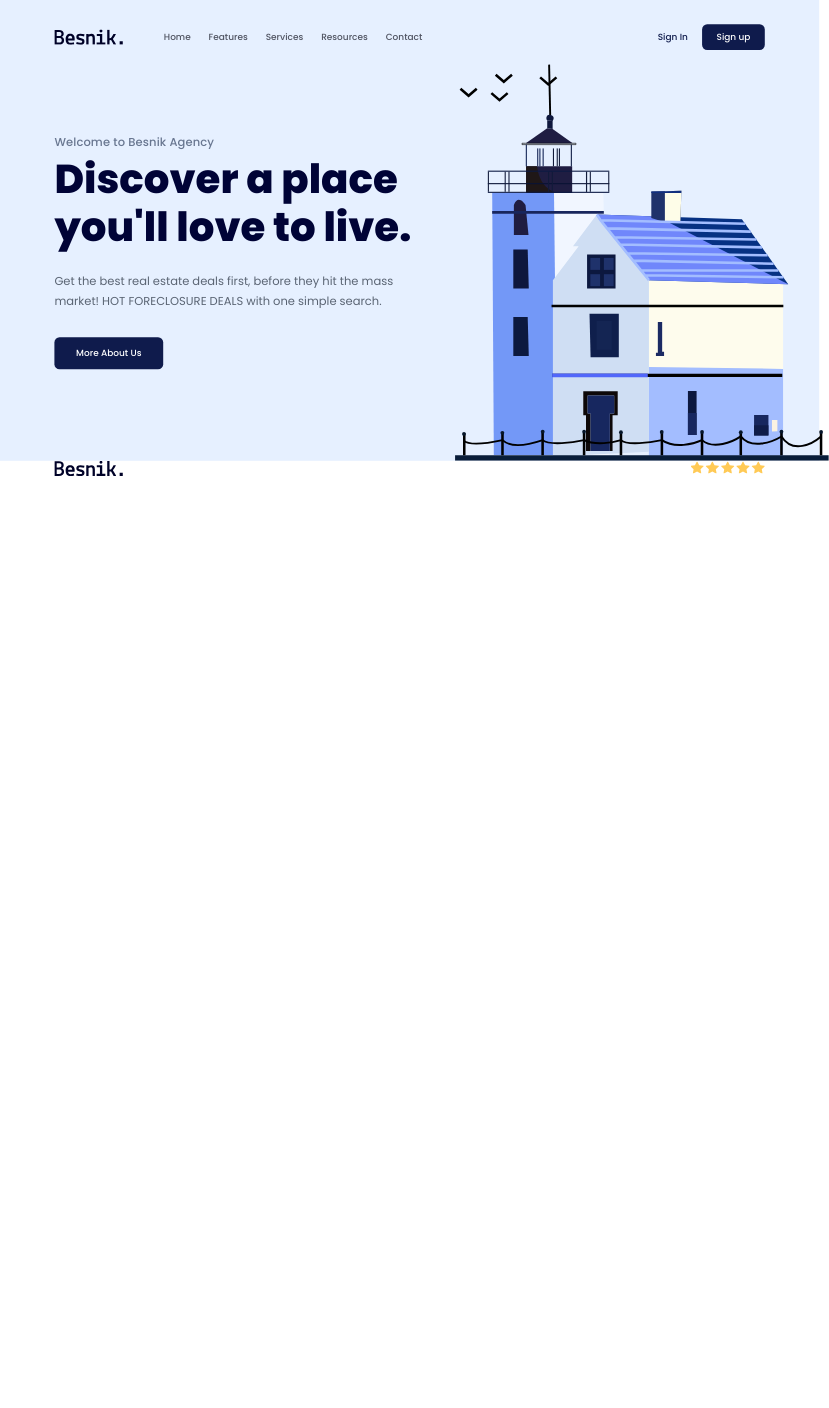
Repository: jessicapaa/F8-Project-01
Page: index.html
An editor plug-in stored every save of this project. The page is shown before and after the next save, followed by the edit.
The browser window is 1280 px wide. The page is 1295 px wide, so the pictures cover 1295 px, including what lies to the right of the window. The pictures show the whole page, at 64% of full size.

Above is the page before, as saved 2024-03-08 09:12:47.

### index.html
<!DOCTYPE html>
<html lang="en">

<head>
    <meta charset="UTF-8">
    <meta name="viewport" content="width=device-width, initial-scale=1.0">
    <title>F8-Project-01</title>
    <link rel="stylesheet" href="./assets/css/reset.css">
    <link rel="stylesheet" href="./assets/fonts/stylesheet.css">
    <link rel="stylesheet" href="./assets/css/styles.css">
</head>

<body>
    <!-- main -->
    <main style="height: 2200px;">

        <!-- header -->
        <header class="header">
            <div class="content">
                <nav class="navbar">
                    <!-- logo -->
                    <img src="./assets/img/logo.svg" alt="Besnik.">

                    <!-- navigation -->
                    <ul>
                        <li><a href="#!">Home</a></li>
                        <li><a href="#!">Features</a></li>
                        <li><a href="#!">Services</a></li>
                        <li><a href="#!">Resources</a></li>
                        <li><a href="#!">Contact</a></li>
                    </ul>

                    <!-- Action -->
                    <div class="actions">
                        <a href="#!" class="action-link">Sign In</a>
                        <a href="#!" class="btn action-btn">Sign up</a>
                    </div>
                </nav>
                <div class="hero">
                    <!-- info  -->
                    <div class="info">
                        <p class="sub-title">Welcome to Besnik Agency</p>
                        <h1 class="title">
                            Discover a place you'll love to live.
                        </h1>
                        <p class="desc">Get the best real estate deals first,
                            before they hit the mass market! HOT FORECLOSURE DEALS with one simple search.</p>
                        <a href="#!" class="btn hero-btn">More About Us</a>
                    </div>

                    <!-- img  -->
                    <img src="./assets/img/hero-img.svg" class="hero-img" alt="Discover a place you'll love to live.">
                </div>
            </div>
        </header>
        <!-- Clients -->
        <div class="clients">
            <div class="content">
                <div class="row">
                    <img src="./assets/img/logo.svg" alt="Besnik.">

                    <!-- Stars -->
                    <div class="stars">
                        <img src="./assets/img/Star.svg" alt="Stars">
                    </div>
                </div>
            </div>
        </div>
    </main>
</body>

</html>

### assets/fonts/stylesheet.css
@font-face {
    font-family: "Poppins";
    src: url("Poppins/Poppins-BlackItalic.woff2") format("woff2"),
        url("Poppins/Poppins-BlackItalic.woff") format("woff");
    font-weight: 900;
    font-style: italic;
    font-display: swap;
}

@font-face {
    font-family: "Poppins";
    src: url("Poppins/Poppins-Black.woff2") format("woff2"),
        url("Poppins/Poppins-Black.woff") format("woff");
    font-weight: 900;
    font-style: normal;
    font-display: swap;
}

@font-face {
    font-family: "Poppins";
    src: url("Poppins/Poppins-BoldItalic.woff2") format("woff2"),
        url("Poppins/Poppins-BoldItalic.woff") format("woff");
    font-weight: bold;
    font-style: italic;
    font-display: swap;
}

@font-face {
    font-family: "Poppins";
    src: url("Poppins/Poppins-ExtraBold.woff2") format("woff2"),
        url("Poppins/Poppins-ExtraBold.woff") format("woff");
    font-weight: bold;
    font-style: normal;
    font-display: swap;
}

@font-face {
    font-family: "Poppins";
    src: url("Poppins/Poppins-ExtraBoldItalic.woff2") format("woff2"),
        url("Poppins/Poppins-ExtraBoldItalic.woff") format("woff");
    font-weight: bold;
    font-style: italic;
    font-display: swap;
}

@font-face {
    font-family: "Poppins";
    src: url("Poppins/Poppins-ExtraLight.woff2") format("woff2"),
        url("Poppins/Poppins-ExtraLight.woff") format("woff");
    font-weight: 200;
    font-style: normal;
    font-display: swap;
}

@font-face {
    font-family: "Poppins";
    src: url("Poppins/Poppins-ExtraLightItalic.woff2") format("woff2"),
        url("Poppins/Poppins-ExtraLightItalic.woff") format("woff");
    font-weight: 200;
    font-style: italic;
    font-display: swap;
}

@font-face {
    font-family: "Poppins";
    src: url("Poppins/Poppins-Light.woff2") format("woff2"),
        url("Poppins/Poppins-Light.woff") format("woff");
    font-weight: 300;
    font-style: normal;
    font-display: swap;
}

@font-face {
    font-family: "Poppins";
    src: url("Poppins/Poppins-Italic.woff2") format("woff2"),
        url("Poppins/Poppins-Italic.woff") format("woff");
    font-weight: normal;
    font-style: italic;
    font-display: swap;
}

@font-face {
    font-family: "Poppins";
    src: url("Poppins/Poppins-Medium.woff2") format("woff2"),
        url("Poppins/Poppins-Medium.woff") format("woff");
    font-weight: 500;
    font-style: normal;
    font-display: swap;
}

@font-face {
    font-family: "Poppins";
    src: url("Poppins/Poppins-MediumItalic.woff2") format("woff2"),
        url("Poppins/Poppins-MediumItalic.woff") format("woff");
    font-weight: 500;
    font-style: italic;
    font-display: swap;
}

@font-face {
    font-family: "Poppins";
    src: url("Poppins/Poppins-LightItalic.woff2") format("woff2"),
        url("Poppins/Poppins-LightItalic.woff") format("woff");
    font-weight: 300;
    font-style: italic;
    font-display: swap;
}

@font-face {
    font-family: "Poppins";
    src: url("Poppins/Poppins-Regular.woff2") format("woff2"),
        url("Poppins/Poppins-Regular.woff") format("woff");
    font-weight: normal;
    font-style: normal;
    font-display: swap;
}

@font-face {
    font-family: "Poppins";
    src: url("Poppins/Poppins-SemiBold.woff2") format("woff2"),
        url("Poppins/Poppins-SemiBold.woff") format("woff");
    font-weight: 600;
    font-style: normal;
    font-display: swap;
}

@font-face {
    font-family: "Poppins";
    src: url("Poppins/Poppins-SemiBoldItalic.woff2") format("woff2"),
        url("Poppins/Poppins-SemiBoldItalic.woff") format("woff");
    font-weight: 600;
    font-style: italic;
    font-display: swap;
}

@font-face {
    font-family: "Poppins";
    src: url("Poppins/Poppins-Thin.woff2") format("woff2"),
        url("Poppins/Poppins-Thin.woff") format("woff");
    font-weight: 100;
    font-style: normal;
    font-display: swap;
}

@font-face {
    font-family: "Poppins";
    src: url("Poppins/Poppins-ThinItalic.woff2") format("woff2"),
        url("Poppins/Poppins-ThinItalic.woff") format("woff");
    font-weight: 100;
    font-style: italic;
    font-display: swap;
}

### assets/css/styles.css
* {
    box-sizing: border-box;
}
html {
    font-size: 62.5%;
}
:root {
    --primary-color: #0f1b4c;
}
body {
    font-size: 1.6rem;
    /* font-family: ; */
    font-family: "Poppins";
}
/* common */
.content {
    width: 1110px;
    max-width: calc(100% - 48px);
    margin-left: auto;
    margin-right: auto;
}

a {
    text-decoration: none;
}

.btn {
    display: inline-block;
    min-width: 98px;
    background: var(--primary-color);
    border-radius: 8px;
    font-size: 1.4rem;
    font-weight: 500;
    text-align: center;
    color: #fff;
    padding: 18px 16px;
}
.btn:hover {
    opacity: 0.9;
}

/* css header */
.header {
    height: 100vh;
    background: #e6f0ff;
    position: relative;
}

.navbar {
    display: flex;
    align-items: center;
    padding-top: 38px;
}

.navbar ul {
    display: flex;
    margin-left: 50px;
}

.navbar .actions {
    margin-left: auto;
}

.navbar ul a {
    font-weight: 500;
    font-size: 1.4rem;
    color: #4f5361;
    padding: 8px 14px;
}

.navbar .action-link {
    font-weight: 500;
    font-size: 1.4rem;
    color: var(--primary-color);
}

.navbar .action-btn {
    padding: 13px 16px;
    margin-left: 18px;
}

/* css hero */

.hero {
    margin-top: 130px;
}
.hero .info {
    width: 51%;
}

.hero .sub-title {
    color: #687690;
    font-size: 1.8rem;
    font-weight: 500;
    line-height: 1.5;
    letter-spacing: 0.018rem;
}

.hero .title {
    margin-top: 8px;
    font-weight: 700;
    font-size: 6.3rem;
    line-height: 1.19; /* 118.75% */
    color: #000336;
}

.hero .desc {
    margin-top: 30px;
    color: #5a6473;
    font-size: 1.8rem;
    font-weight: 400;
    line-height: 3.2rem; /* 177.778% */
    transform: capitalize;
}
.hero-btn {
    margin-top: 40px;
    min-width: 17rem;
    text-align: center;
}
.hero-img {
    position: absolute;
    right: calc((100vw - 1110px) / 2 - 100px);
    bottom: 0;
}

/* Clients */

.clients .row {
    display: flex;
    align-items: center;
    justify-content: space-between;
}

Loaded but not shown: assets/css/reset.css (common file)

After the next save:
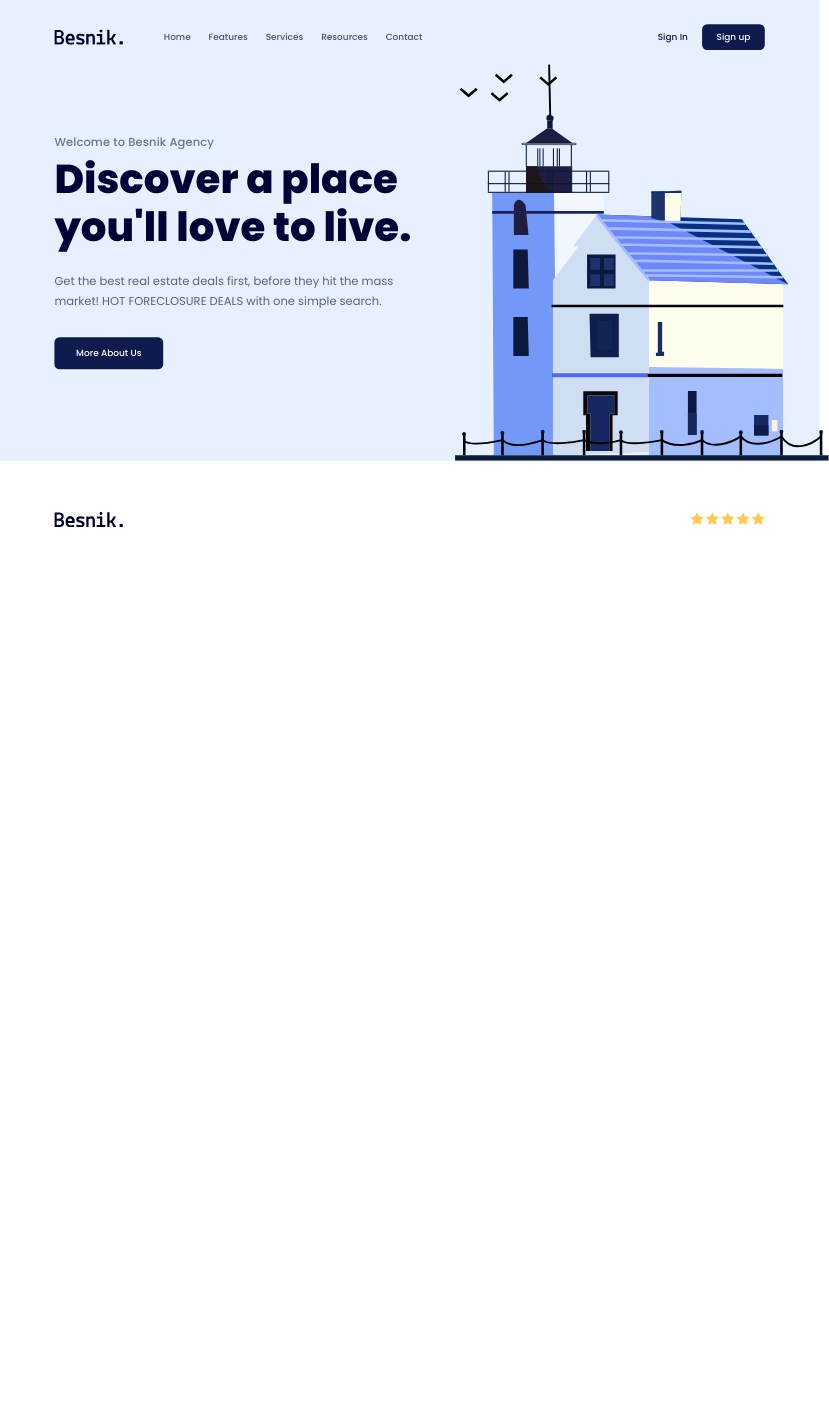
Saved 48 s later.
--- a/assets/css/styles.css
+++ b/assets/css/styles.css
@@ -125,6 +125,9 @@
 
 /* Clients */
 
+.clients {
+    margin-top: 80px;
+}
 .clients .row {
     display: flex;
     align-items: center;
